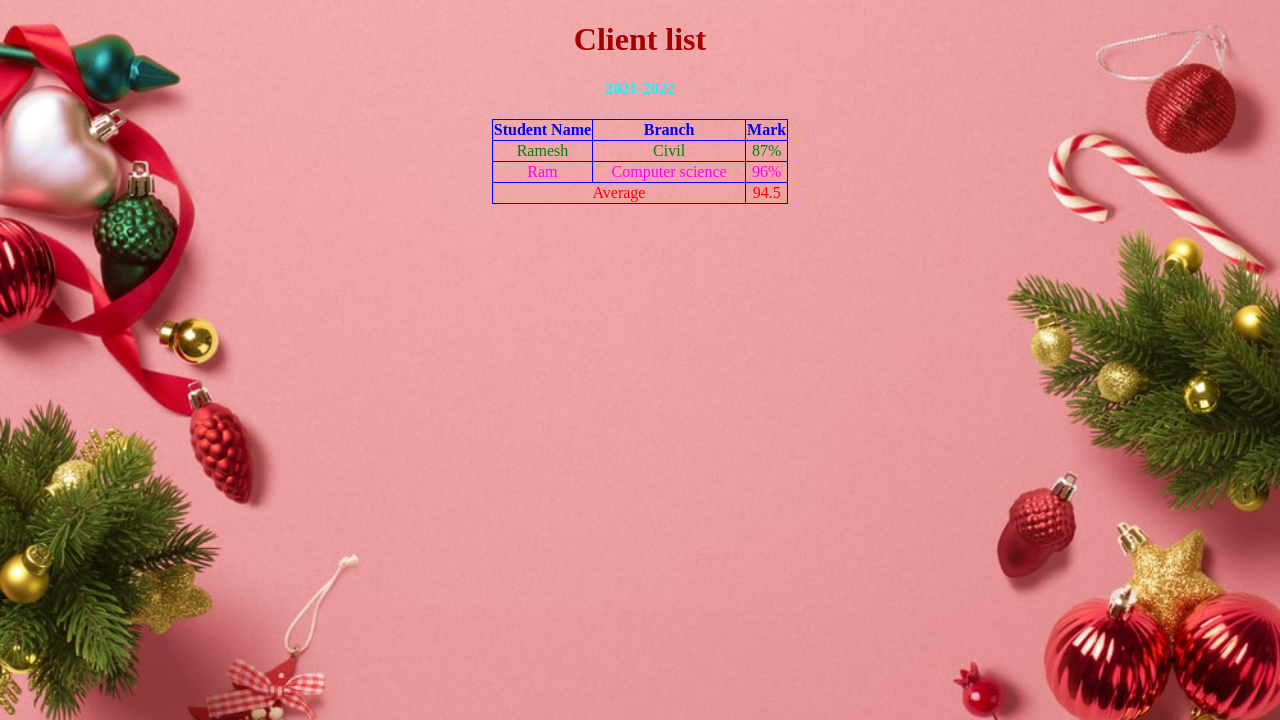
Repository: Balamurugan1914/crud_operation_without_db
Page: http://localhost/html_example/client.html
The author's editor kept a copy of each file at every save. The page is drawn from the files as they stood at one save, then again after the next save.
The browser window is 1280 px wide. The pictures show the whole page.
The page is served by Tomcat 9.

Above is the page before, as saved 2022-06-22 12:47:24.

After the next save:
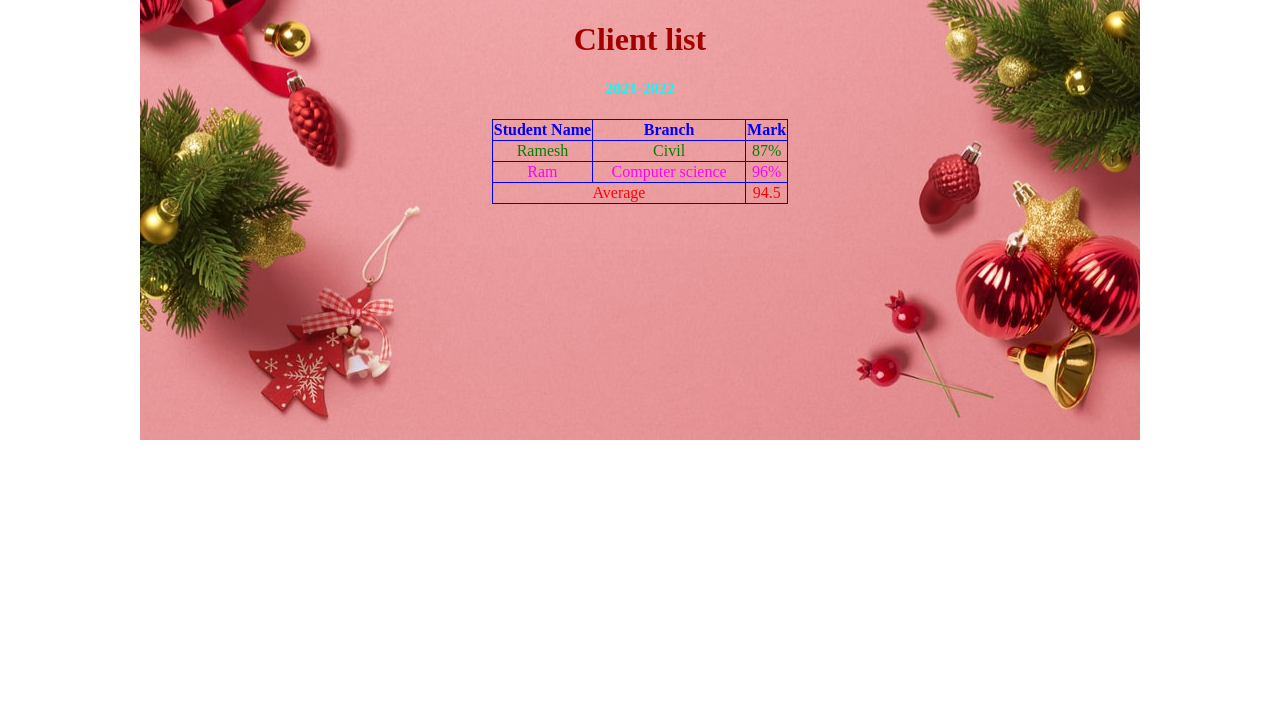
Saved 85 s later.
--- a/html_example/src/main/webapp/style/mycssfilestyle.css
+++ b/html_example/src/main/webapp/style/mycssfilestyle.css
@@ -51,7 +51,7 @@ h4{
 
 	background-image: url("../images/cover2.jpeg");
 	background-repeat: no-repeat;
-	background-size: cover;
+	background-position: center;
 
 
 	}
